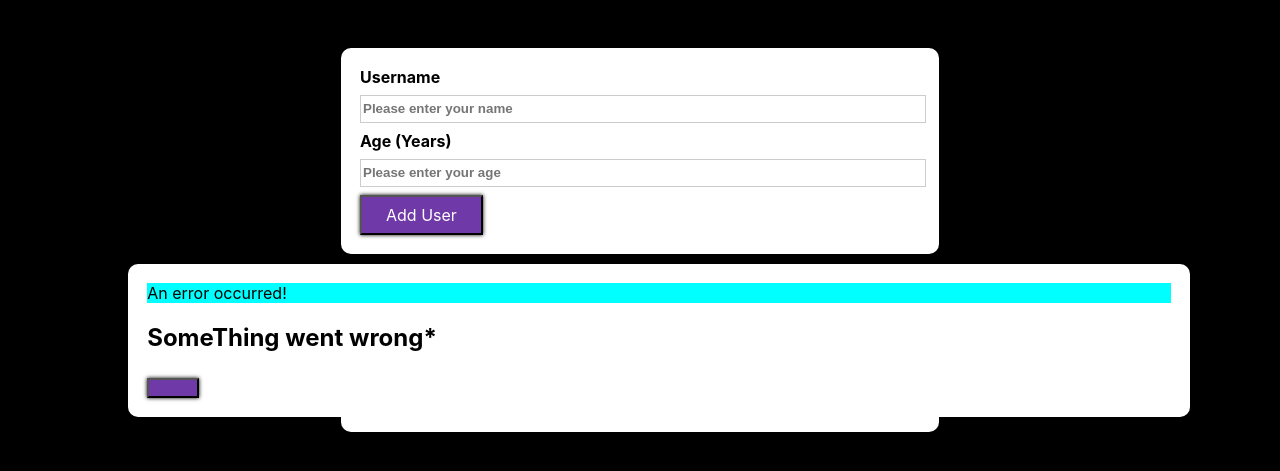
Repository: NamalPathirana/section-eight
Page: /
An editor plug-in stored every save of this project. The page is shown before and after the next save, followed by the edit.
The browser window is 1280 px wide. The pictures show the whole page.
The project was rebuilt for these pictures with package versions that can differ from the ones it lists, and the page was loaded fresh each time. Also part of the build but not shown: src/App.module.css.

Above is the page before, as saved 2021-12-04 14:10:31.

### src/index.css
body {
  margin: 0;
  padding: 0%;
  height: 100%;
  width: 100%;
  display: flex;
  flex-direction: column;
  background-color: black;
  font-family: -apple-system, BlinkMacSystemFont, 'Segoe UI', 'Roboto', 'Oxygen',
    'Ubuntu', 'Cantarell', 'Fira Sans', 'Droid Sans', 'Helvetica Neue',
    sans-serif;
  -webkit-font-smoothing: antialiased;
  -moz-osx-font-smoothing: grayscale;
}

code {
  font-family: source-code-pro, Menlo, Monaco, Consolas, 'Courier New',
    monospace;
}

### src/App.js
import styles from "./App.module.css";
import react, { useState } from "react";
import UserInput from "./Components/UserInput/UserInput";
import UserList from "./Components/UserList/UserList";
import Card from "./UI/Card/Card";

function App() {
  const [listOfEntries, SetListOfEntries] = useState([
    { key: 0, name: "Dave", age: "000" },
    { key: 1, name: "looper", age: "29" },
  ]);

  const UserEntryCallbackHandler = (props) => {
    SetListOfEntries((prevListOfEntries) => {
      const tempList = [...prevListOfEntries];
      tempList.unshift({
        key: Math.random(),
        name: props.name,
        age: props.age,
      });
      return tempList;
    });
    console.log(listOfEntries);
  };

  const entryDeletionCallback = (entryKey) => {
    SetListOfEntries((perEntry) => {
      const updatedEntries = perEntry.filter((entry) => {
        return entry.key !== entryKey;
      });
      return updatedEntries;
    });
  };

  let UserInfoSegment = <Card><h3 className={styles.block}>No Entries Exists To Display</h3></Card>;

  if (listOfEntries.length > 0) {
    UserInfoSegment = (
      <UserList
        items={listOfEntries}
        deletionHandler={entryDeletionCallback}
      ></UserList>
    );
  }

  return (
    <div className="App">
      <section>
        <UserInput onUserEntry={UserEntryCallbackHandler}></UserInput>
      </section>
      <section>
      {UserInfoSegment}
      </section>
    </div>
  );
}

export default App;

### src/Components/UserInput/UserInput.js
import Button from "../../UI/Button/Button";
import styles from "./UserInput.module.css";
import { useState } from "react";
import Card from "../../UI/Card/Card";
import ErrorModal from "../../UI/ErrorModal/ErrorModal";

const UserInput = (props) => {
  const userEntry = { key: 0, name: "lol", age: "25" };

  const [username, SetUserName] = useState("");
  const [age, SetAge] = useState("");
  const [isValid, SetIsValid] = useState(true);

  const NameInputHandler = (props) => {
    SetUserName(props.target.value);

    if (props.target.value.length > 0) {
      SetIsValid(true);
    }
    // console.log('[UserInput.js / userName : ]'+username)
  };

  const AgeInputHandler = (props) => {
    SetAge(props.target.value);
    if (props.target.value.length > 0) {
      SetIsValid(true);
    }
    // console.log('[UserInput.js / userName : ]'+age);
  };

  const FormSubmitHandler = (event) => {
    event.preventDefault();

    if (username.length === 0) {
      SetIsValid(false);
      return;
    }
    if(+age<1){
        SetIsValid(false);
        return;
    }

    userEntry.key = Math.random();
    userEntry.name = username;
    userEntry.age = age;

    props.onUserEntry(userEntry);

    SetUserName("");
    SetAge("");
  };

  return (
    <div>
    <ErrorModal title="An error occurred!" message='SomeThing went wrong*'></ErrorModal>
    <Card>
      <form onSubmit={FormSubmitHandler}>
        <div className={styles.frame}>
          <label className={`${!isValid ? styles.inValid : ""}`}>
            Username
          </label>
          <input
            placeholder="Please enter your name"
            type="text"
            onChange={NameInputHandler}
            className={!isValid ? styles.inValid : ""}
            value={username}
          />
          <label className={`${!isValid ? styles.inValid : ""}`}>
            Age (Years)
          </label>
          <input
            placeholder="Please enter your age"
            type="number"
            max="120"
            maxLength="2"
            min="12"
            onChange={AgeInputHandler}
            value={age}
            className={`${!isValid ? styles.inValid : ""}`}
          />
          <Button name="Add User" type="submit"></Button>
        </div>
      </form>
    </Card>
    </div>
  );
};

export default UserInput;

### src/Components/UserList/UserList.js
import styles from './UserList.module.css';
import UserListItem from '../UserListItem/UserListItem'
import Card from '../../UI/Card/Card';


const UserList = (props) => {

    const listUserItems = props.items.map(row=>{
        return  <UserListItem key={row.key} name={row.name} age={row.age} clicked={()=>{props.deletionHandler(row.key)}}/>;
    });

    return(
        <Card>
        <div className={styles.frame}>
           {listUserItems}
        </div>
        </Card>
    );
}

export default UserList;

### src/UI/Card/Card.js
import styles from './Card.module.css';

const Card = (props) => {

    return (<div className={`${styles.card} ${props.className}`}>
        {props.children}
    </div>);

}

export default Card;

### src/UI/Button/Button.js
import styles from "./Button.module.css";

const Button = (props) => {
  return <button className={styles.button} type={props.type || 'button'}>{props.name}</button>;
};

export default Button;

### src/Components/UserInput/UserInput.module.css
.frame{

}

.frame input{
    display: block;
    font-weight: bold;
    border: 1px solid #ccc;
    line-height: 1.5rem;
    padding: 100 0.25rm;
    width: 100%;
    margin-bottom: 0.5rem;
}

.frame input:hover{
    border: 1px solid rgb(49, 45, 45);
}

label.inValid {
    color: red;
}

input.inValid {
    background-color: rgb(233, 161, 161);
    border: 1px solid red;
 }

.frame label{
    display: block;
    align-content: flex-start;
    font-weight: bold;
    margin-bottom: 0.5rem;
}

### src/UI/ErrorModal/ErrorModal.js
import styles from "./ErrorModal.module.css";
import Card from "../Card/Card";
import Button from "../Button/Button"

const ErrorModal = (props) => {
  return (
    <Card className={styles.modal}>
      <header className={styles.header} >{props.title}</header>
      <h2 className={styles.message}>{props.message}</h2>
      <footer className={styles.footer}><Button>Close</Button></footer>
    </Card>
  );
};

export default ErrorModal;

### src/Components/UserList/UserList.module.css
.frame{

}

### src/Components/UserListItem/UserListItem.js
import styles from './UserListItem.module.css';


const UserListItem = (props) => {

    return(
        <div className={styles.list_item} onClick={props.clicked}>
            <h3>{props.name} ({props.age} Years Old)</h3>
        </div>
    );
}

export default UserListItem;

### src/UI/Card/Card.module.css
.card{
    margin: 0.5rem 0.5rem;
    padding: 1.2rem 1.2rem;
    width: 35rem;
    max-width: 90%;
    margin: 3rem auto;
    background-color: white;
    border-radius: 10px;
}

### src/UI/Button/Button.module.css
.button{
    font: inherit;
    padding: 0.5rem 1.5rem;
    background-color: rgb(112, 57, 168);
    color:white;
    box-shadow: 0 0 4px black;
    cursor: pointer;
    width: auto;
}

.button:focus{
    outline: none;
}

.button:hover,.button:active{
    background-color: rgb(185, 140, 231);
    border-color: rgb(185, 140, 231);
    box-shadow: 0 0 8px black;
}

### src/UI/ErrorModal/ErrorModal.module.css
.modal{
    position: fixed;
    top:30vh;
    left: 10%;
    width: 80%;
    z-index: 100;
    overflow: hidden;
}

.header{
    background-color: aqua;
}

### src/Components/UserListItem/UserListItem.module.css
.list_item{
    border: 1px solid gray;
    display: block;
    padding: 0.5rem 0.3rem;
    margin: 3px 0px;

}

.list_item:hover{
    background-color: antiquewhite;
}

.list_item:active{
    background-color: rgb(251, 199, 199);
}


.list_item h3{
    margin: 0px;
}

Loaded but not shown: public/index.html (common file); src/index.js (common file); src/reportWebVitals.js (common file)

After the next save:
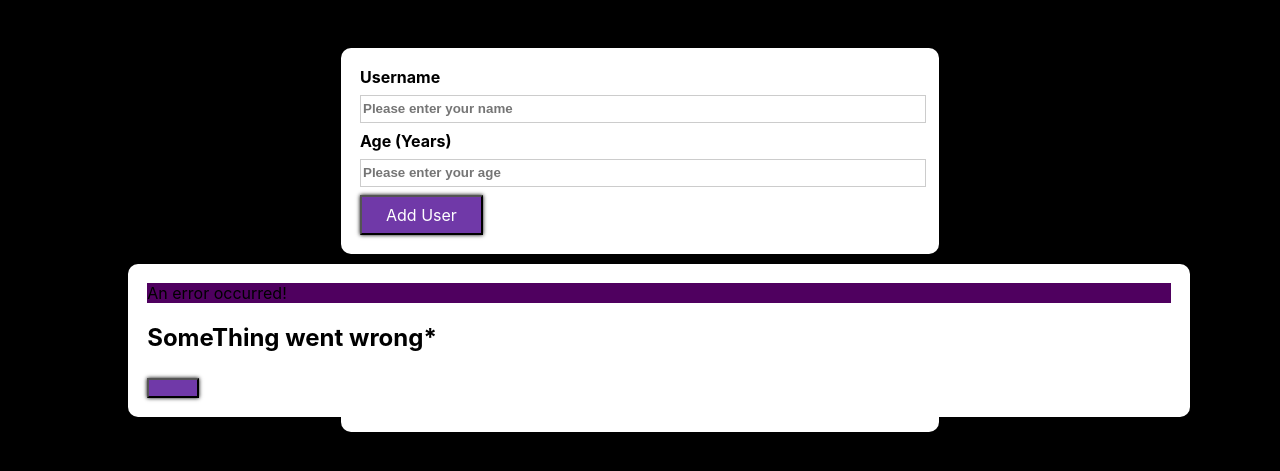
Saved 44 s later.
--- a/src/UI/ErrorModal/ErrorModal.module.css
+++ b/src/UI/ErrorModal/ErrorModal.module.css
@@ -8,5 +8,5 @@
 }
 
 .header{
-    background-color: aqua;
+    background-color: #4f005f;
 }
